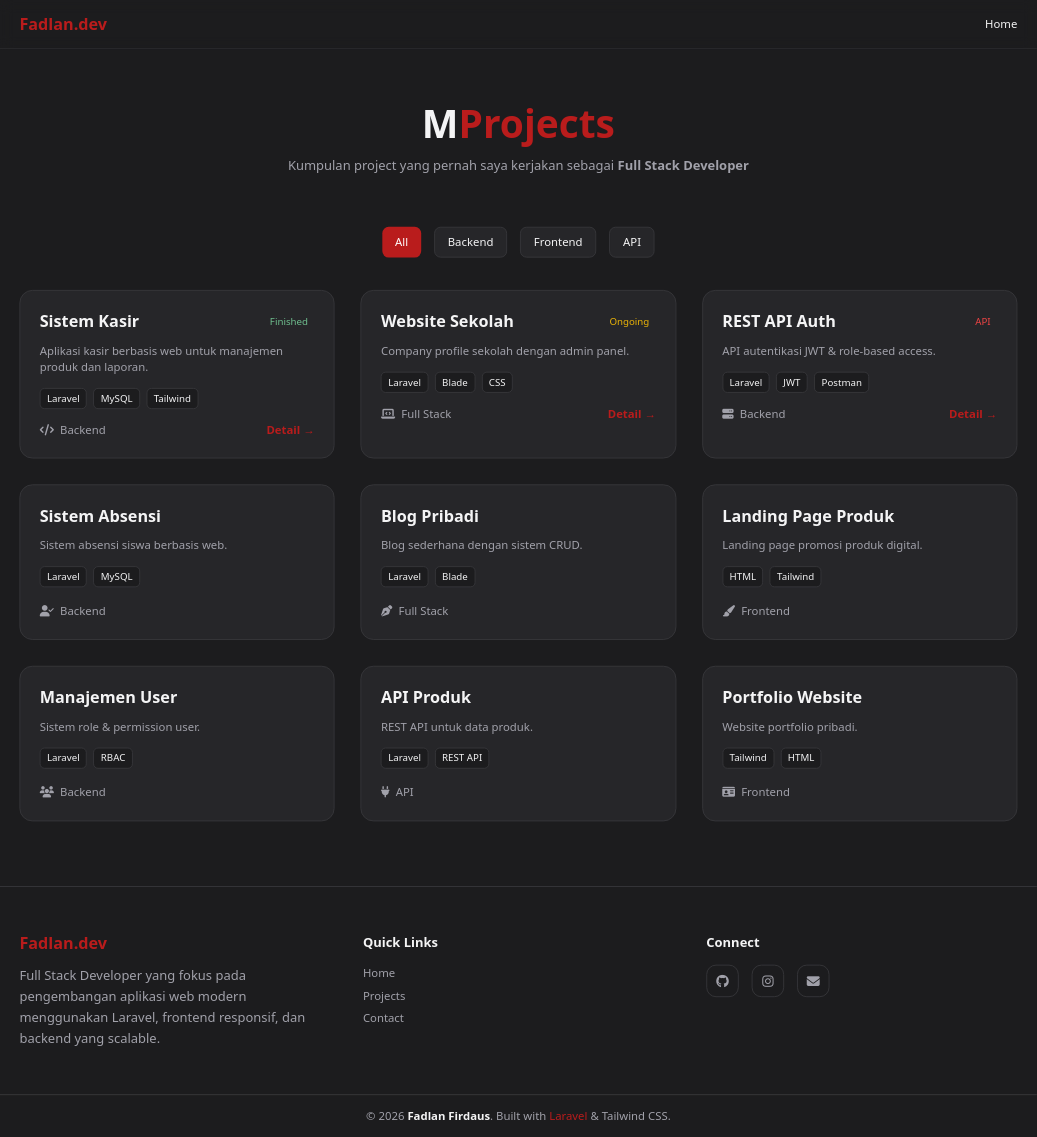
Repository: Fadlan079/Personal-Portfolio
Page: http://localhost/project
These files come from the project's save history. The page is drawn as it stood at one moment and after a run of saves; the edit follows.
The browser window is 1280 px wide. The pictures show the whole page, at 81% of full size.
Some web libraries are served in a nearby version. The page is served by the project's Laravel application, run on PHP 8.4 with Laravel 12.

Above is the page before, as saved 2026-01-15 09:03:00.

After the next 2 saves:
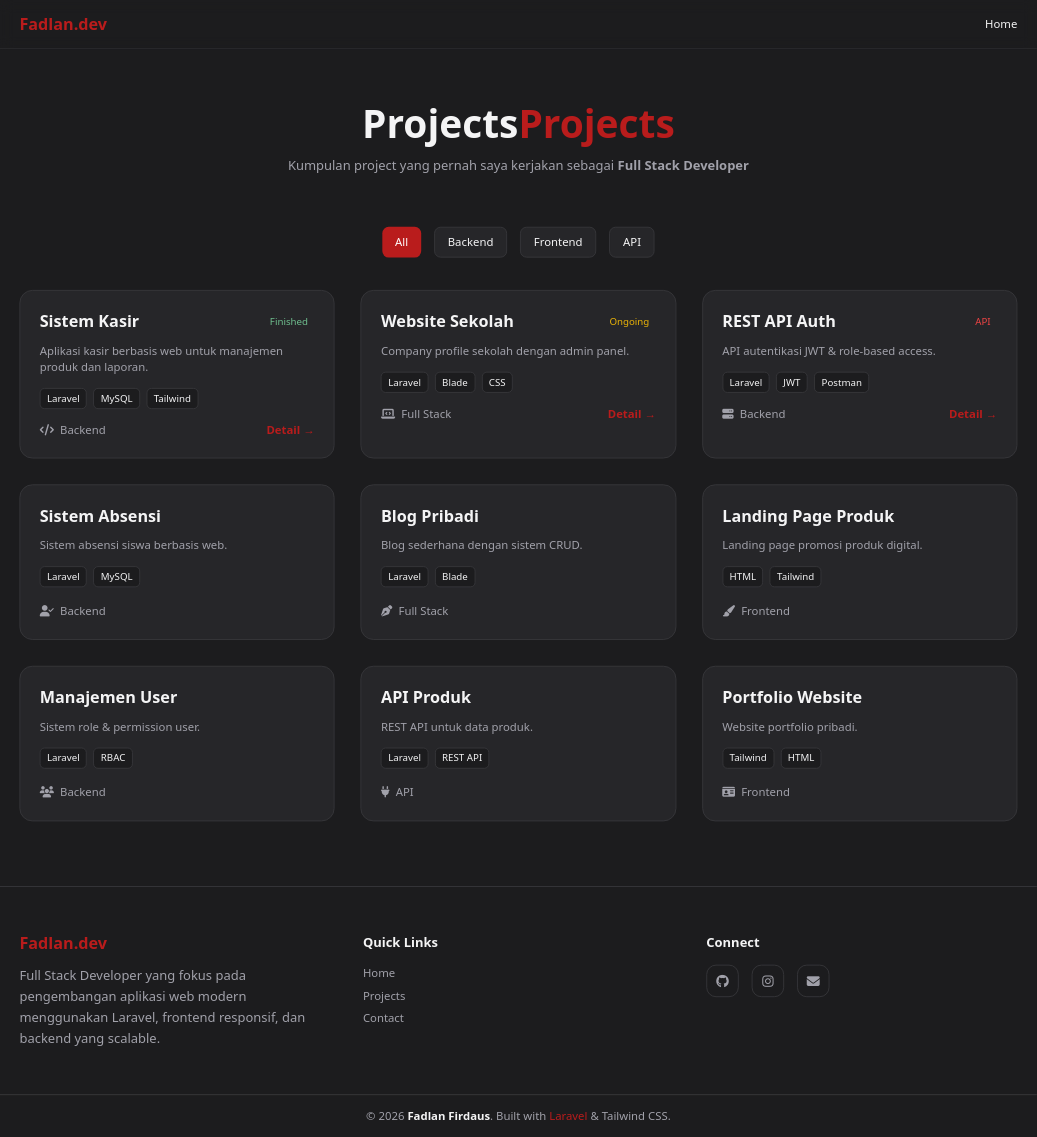
The 2 saves are shown as one change because they came seconds apart.
The last was saved 6 s later.
--- a/resources/views/project.blade.php
+++ b/resources/views/project.blade.php
@@ -111,7 +111,7 @@
 <!-- Header -->
 <header class="pt-32 pb-16 text-center">
   <h1 class="text-4xl md:text-5xl font-extrabold mb-4">
-    M<span class="text-primary">Projects</span>
+    Projects<span class="text-primary">Projects</span>
   </h1>
   <p class="text-muted max-w-2xl mx-auto">
     Kumpulan project yang pernah saya kerjakan sebagai
